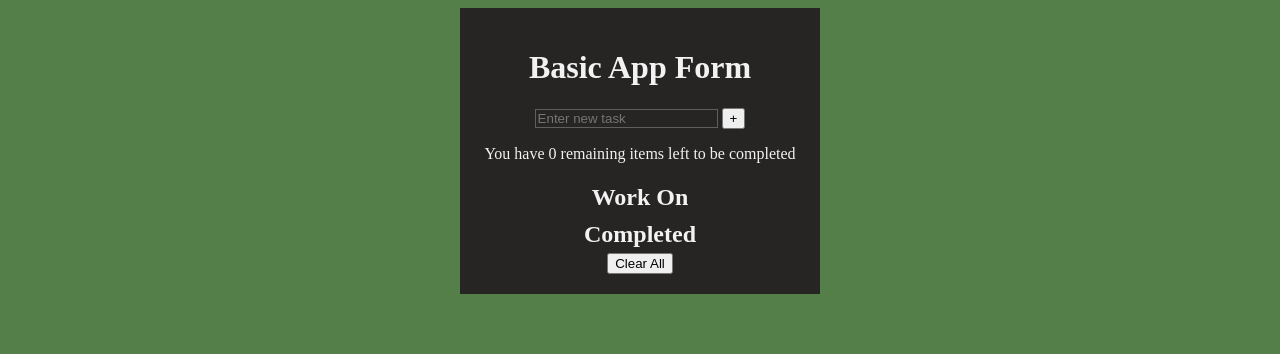
Repository: Kayla-amr/dgm_3760
Page: todoTemplate-W2/index.html
An editor plug-in stored every save of this project. The page is shown before and after the next save, followed by the edit.
The browser window is 1280 px wide. The pictures show the whole page.

Above is the page before, as saved 2022-11-08 12:59:29.
Console error: ReferenceError: Cannot access 'todoTaskUl' before initialization

After the next save:
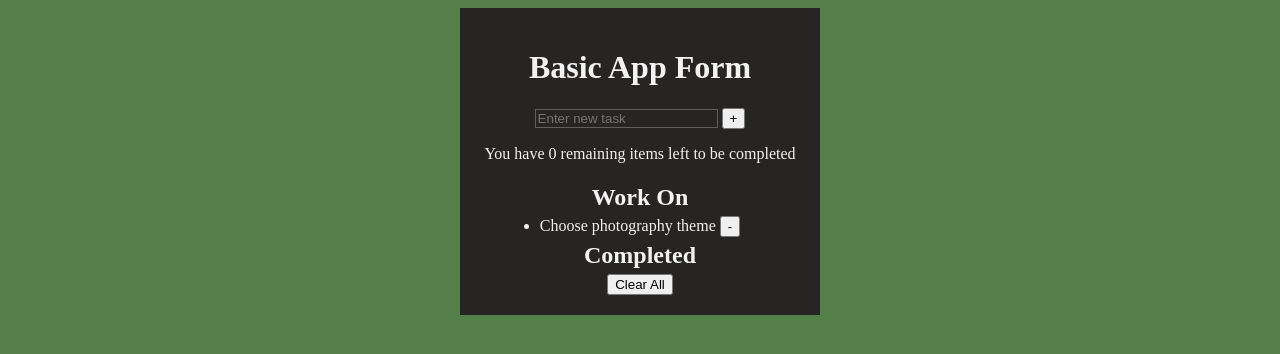
Console error: TypeError: Assignment to constant variable.
Saved 11 s later.
--- a/todoTemplate-W2/index.js
+++ b/todoTemplate-W2/index.js
@@ -35,7 +35,7 @@ function displayTodos(todos) {
 	todos.forEach(function(myTask) {
 		if (myTask.status != true) {
 			todoTaskUl.innerHTML += `<li data-todoId='${myTask.id}'> ${myTask.name} <button class="removeBtn" onclick="deleteTask()">-</button></li>`;
-			let todoTaskUl = document.querySelector('.todoTasks').getElementsByTagName('li').length;
+			todoTaskUl = document.querySelector('.todoTasks').getElementsByTagName('li').length;
 
 			remainingTasks.textContent = `You have ${todoTaskUl} remaining items left to be completed`;
 		} else {
